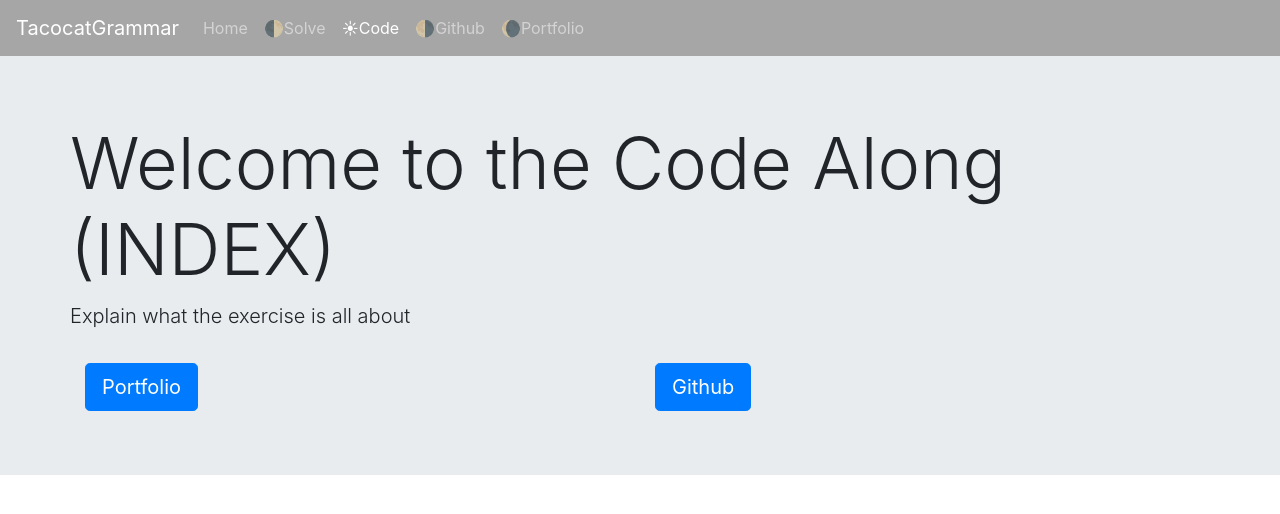
Repository: zhadjah9559/TacocatGrammar
Page: index.html
These files come from the project's save history. The page is drawn as it stood at one moment and after the next save; the edit follows.
The browser window is 1280 px wide. The pictures show the whole page.

Above is the page before, as saved 2021-01-14 19:45:53.

After the next save:
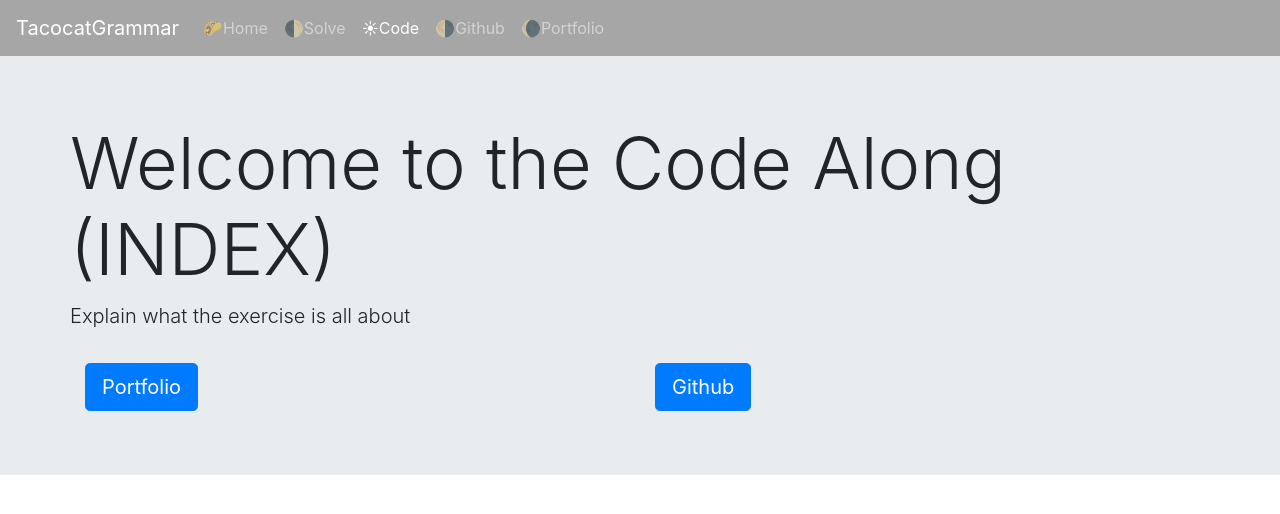
Saved 12 s later.
--- a/index.html
+++ b/index.html
@@ -18,7 +18,7 @@
         <div class="collapse navbar-collapse" id="collapsibleNavId">
             <ul class="navbar-nav mr-auto mt-2 mt-lg-0">
                 <li class="nav-item">
-                    <a class="nav-link" href="index.html">Home </a>
+                    <a class="nav-link" href="index.html">🌮Home </a>
                 </li>
                 <li class="nav-item">
                     <a class="nav-link" href="solve.html">🌓Solve </a>
